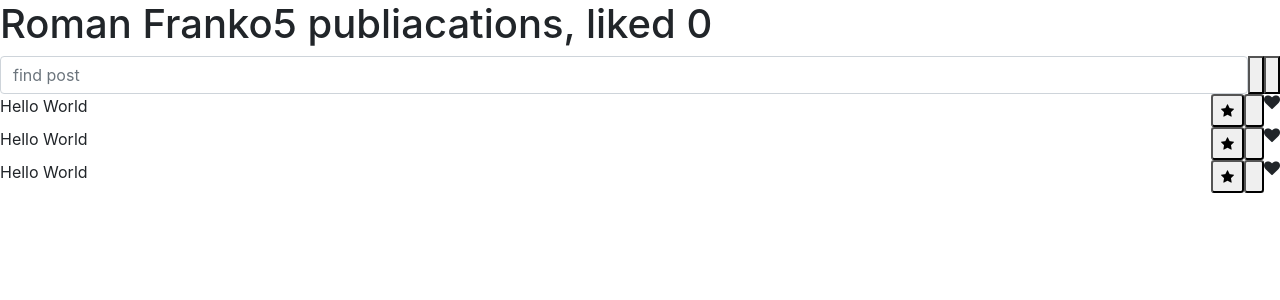
Repository: RomanFPL/Like-twiter
Page: /
An editor plug-in stored every save of this project. The page is shown before and after the next save, followed by the edit.
The browser window is 1280 px wide. The pictures show the whole page.
The project was rebuilt for these pictures with package versions that can differ from the ones it lists, and the page was loaded fresh each time.

Above is the page before, as saved 2021-03-22 23:03:46.

### public/index.html
<!DOCTYPE html>
<html lang="en">
  <head>
    <meta charset="utf-8" />
    <link rel="icon" href="%PUBLIC_URL%/favicon.ico" />
    <link rel="stylesheet" href="https://stackpath.bootstrapcdn.com/bootstrap/4.5.2/css/bootstrap.min.css">
    <link rel="stylesheet" href="https://stackpath.bootstrapcdn.com/font-awesome/4.7.0/css/font-awesome.min.css">
    <meta name="viewport" content="width=device-width, initial-scale=1" />
    <title>React App</title>
  </head>
  <body>
    <noscript>You need to enable JavaScript to run this app.</noscript>
    <div id="root"></div>
  </body>
</html>

### src/index.js
import React from 'react';
import ReactDOM from 'react-dom';
import './index.css';
import App from './components/app/';

ReactDOM.render(
  <React.StrictMode>
    <App />
  </React.StrictMode>,
  document.getElementById('root')
);

// reportWebVitals();

### src/components/app/app.js
import React from 'react';

import AppHeader from '../app-header';
import SearchPanel from '../search-panel';
import PostStatusFilter from '../post-status-filter';
import PostList from '../post-list';

const App = () => {
    return (
    <div className="app">
            <AppHeader/>
            <div className="search-panel d-flex">
                <SearchPanel/>
                <PostStatusFilter/>
            </div>
            <PostList/>
    </div>
    )
}

export default App;

### src/components/app-header/index.js
import AppHeader from './header';
export default AppHeader;

### src/components/search-panel/index.js
import SearchPanel from './search-panel'
export default SearchPanel

### src/components/app-header/header.js
import React from 'react';


const AppHeader = () => {
    return (
        <div className="app-header d-flex">
            <h1>Roman Franko</h1>
            <h1>5 publiacations, liked 0</h1>
        </div>
    )
}

export default AppHeader;

### src/components/search-panel/search-panel.js
import React from 'react';

const SearchPanel = () => {
    return (
        <input
        className="form-control search-input"
        type="text"
        placeholder="find post"
        />
    )
}


export default SearchPanel;

### src/components/post-status-filter/post-status-filter.js
import React from 'react';

const PostStatusFilter = () => {
    return (
        <div className="btn-group">
            <button/>
            <button/>
        </div>
    )
}

export default PostStatusFilter;

### src/components/post-list/post-list.js
import React from 'react';
import PostListItem from '../post-list-item';



const PostList = () => {
    return (
        <ul className="app-list list-group">
            <PostListItem/>
            <PostListItem/>
            <PostListItem/>
        </ul>
    )
}

export default PostList;

### src/components/post-list-item/post-list-item.js
import React from 'react';

const PostListItem = () => {
    return (
        <li className="app-list d-flex justify-content-between">
            <span className="app-list-label">
                Hello World
            </span>
            <div className="d-flex justify-content-center alight-items-center">
                <button className="btn-star btn-sm">
                    <i className="fa fa-star"></i>
                </button>
                <button className="btn-trash-o btn-sm">
                    <i className="fa fa-trash-all"></i>
                </button>
                <i className="fa fa-heart"></i>
            </div>
        </li>
    )
}

export default PostListItem;

Loaded but not shown: src/index.css (common file); src/components/app/index.js (common file); src/components/post-status-filter/index.js (common file); src/components/post-list/index.js (common file); src/components/post-list-item/index.js (common file)

After the next save:
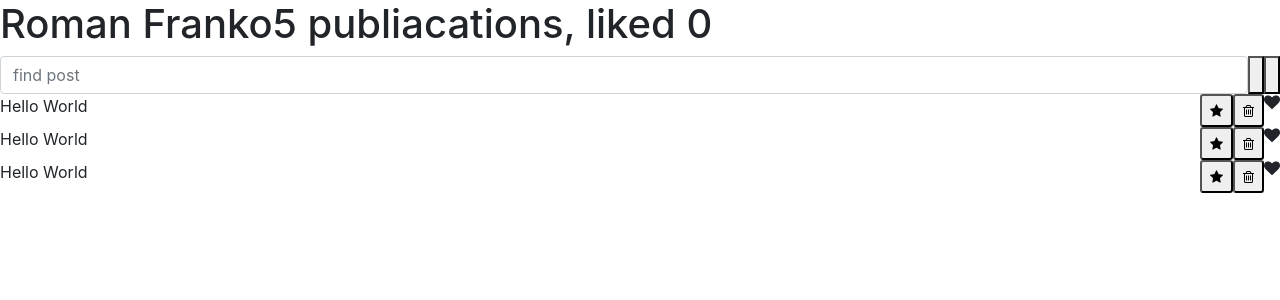
Saved 23 s later.
--- a/src/components/post-list-item/post-list-item.js
+++ b/src/components/post-list-item/post-list-item.js
@@ -10,8 +10,8 @@ const PostListItem = () => {
                 <button className="btn-star btn-sm">
                     <i className="fa fa-star"></i>
                 </button>
-                <button className="btn-trash-o btn-sm">
-                    <i className="fa fa-trash-all"></i>
+                <button className="btn-trash btn-sm">
+                    <i className="fa fa-trash-o"></i>
                 </button>
                 <i className="fa fa-heart"></i>
             </div>
